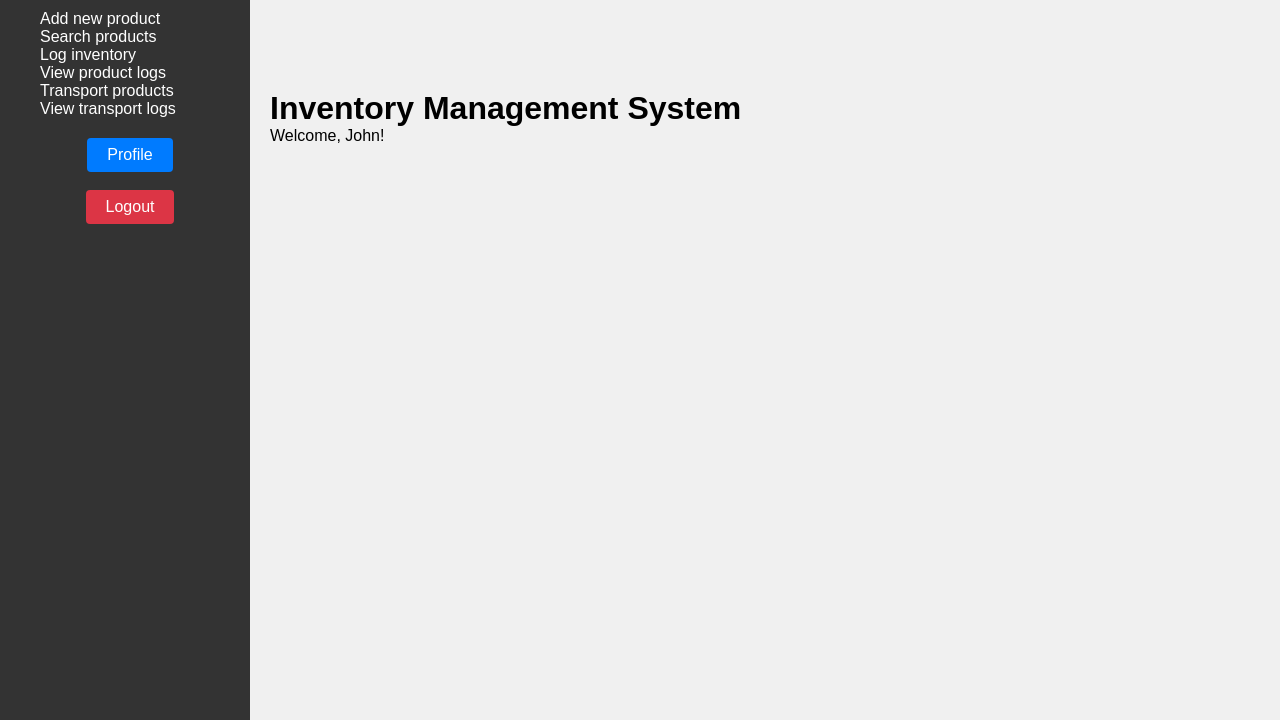
Repository: Warspinix/Flask-Web-Applications
Page: http://localhost/dashboard
These files come from the project's save history. The page is drawn as it stood at one moment and after the next save; the edit follows.
The browser window is 1280 px wide. The pictures show the whole page.
The page is served by the project's application, run on Flask 3 (app.py). The session is filled in as if someone had signed in: {"user_id": 1, "first_name": "John"}.

Above is the page before, as saved 2024-06-13 21:02:17.

### templates/dashboard.html
<!-- dashboard.html -->

<!DOCTYPE html>
<html>

<head>
    <title>Inventory Management System</title>
    <link rel="stylesheet" type="text/css" href="{{ url_for('static', filename='style.css') }}">
</head>

<body>
    <div class="container">
        <!-- Navigation Bar -->
        <nav class="navbar" id="navbar">
            <div class="navbar-container">
                <!-- Functionality list -->
                <ul class="navbar-menu" id="menu">
                    <li><a href="{{ url_for('add_product') }}">Add new product</a></li>
                    <li><a href="{{ url_for('search_products') }}">Search products</a></li>
                    <li><a href="{{ url_for('log_inventory') }}">Log inventory</a></li>
                    <li><a href="{{ url_for('view_product_logs') }}">View product logs</a></li>
                    <li><a href="{{ url_for('transport_products') }}">Transport products</a></li>
                    <li><a href="{{ url_for('view_transport_logs') }}">View transport logs</a></li>
                </ul>

                <div class="profile-logout">
                    <a href="{{ url_for('profile') }}" class="btn btn-primary">Profile</a><br>
                    <a href="{{ url_for('logout') }}" class="btn btn-danger">Logout</a>
                </div>
            </div>
        </nav>
        <div class="content">
            <h1>Inventory Management System</h1>

            <!-- Welcome message -->
            <p>Welcome, {{ first_name }}!</p>
        </div>
    </div>
</body>

</html>

### app.py
from flask import Flask, render_template, redirect, url_for, flash, session
import flask_mysqldb
from flask_wtf import FlaskForm
from wtforms import StringField, PasswordField, SubmitField, IntegerField, SelectField
from wtforms.validators import DataRequired, NumberRange, Optional
import os
import datetime
from flask_bcrypt import Bcrypt

secret_key = os.urandom(24).hex()

app = Flask(__name__)
app.config["SECRET_KEY"] = secret_key
app.config["MYSQL_HOST"] = "localhost"
app.config["MYSQL_USER"] = "root"
app.config["MYSQL_PASSWORD"] = ""
app.config["MYSQL_DB"] = "inventory"

bcrypt = Bcrypt(app)

mysql = flask_mysqldb.MySQL(app)

class RegistrationForm(FlaskForm):
    email = StringField("Email", validators=[DataRequired()])
    first_name = StringField("First Name", validators=[DataRequired()])
    last_name = StringField("Last Name", validators=[DataRequired()])
    password = PasswordField("Password", validators=[DataRequired()])
    submit = SubmitField("Register")

class LoginForm(FlaskForm):
    user_id = StringField("User ID", validators=[DataRequired()])
    password = PasswordField("Password", validators=[DataRequired()])
    submit = SubmitField("Login")

class AddProductForm(FlaskForm):
    product_name = StringField("Product Name", validators=[DataRequired()])
    submit = SubmitField("Add Product")

class SearchForm(FlaskForm):
    search_by = StringField("Search by", validators=[DataRequired()])
    search_term = StringField("Search term", validators=[DataRequired()])
    submit = SubmitField("Search")

class AddToInventoryForm(FlaskForm):
    product_id = StringField("Product ID", validators=[DataRequired()])
    quantity_added = StringField("Quantity to add", validators=[DataRequired()])
    submit = SubmitField("Add to Inventory")

from flask_wtf import FlaskForm
from wtforms import SelectField, StringField, SubmitField
from wtforms.validators import DataRequired, Optional

class ViewProductLogsForm(FlaskForm):
    search_by = SelectField("Search by", choices=[
        ('', 'Select option'),
        ('id', 'Product ID'),
        ('month', 'Month'),
        ('both', 'Both')
    ], validators=[DataRequired()])
    product_id = StringField("Product ID", validators=[Optional()])
    month = SelectField("Select month", choices=[
        ('', 'Select month'),
        ('1', 'January'), ('2', 'February'), ('3', 'March'), ('4', 'April'),
        ('5', 'May'), ('6', 'June'), ('7', 'July'), ('8', 'August'),
        ('9', 'September'), ('10', 'October'), ('11', 'November'), ('12', 'December')
    ], validators=[Optional()])
    submit = SubmitField("View Logs")


class TransportForm(FlaskForm):
    product_id = IntegerField('Product ID', validators=[DataRequired(), NumberRange(min=1)])
    quantity_transported = IntegerField('Quantity to transport', validators=[DataRequired(), NumberRange(min=1)])
    submit = SubmitField('Transport')

class ViewTransportLogsForm(FlaskForm):
    search_by = SelectField("Search by", choices=[('', 'Select option'), ('id', 'Product ID'), ('month', 'Month'), ('both', 'Both')], validators=[DataRequired()])
    product_id = StringField("Product ID", validators=[Optional()])
    month = StringField("Select month", validators=[Optional()])
    submit = SubmitField("View Logs")


@app.route("/")
def index():
    return render_template("index.html")

@app.route("/register", methods=["GET", "POST"])
def register():
    form = RegistrationForm()
    if form.validate_on_submit():
        cur = mysql.connection.cursor()
        cur.execute("SELECT COUNT(*) FROM users")
        count = cur.fetchone()[0] + 1
        user_id = str(datetime.date.today().year) + str(count).zfill(3)
        registration_date = datetime.date.today()
        registration_time = datetime.datetime.now().time()
        hashed_password = bcrypt.generate_password_hash(form.password.data).decode('utf-8')
        cur.execute("INSERT INTO users (id, email, first_name, last_name, password, registration_date, registration_time) VALUES (%s, %s, %s, %s, %s, %s, %s)",
                    (user_id, form.email.data, form.first_name.data, form.last_name.data, hashed_password, registration_date, registration_time))
        mysql.connection.commit()
        # flash("Registration successful! You will be redirected to the home page in 3 seconds.")
        # return render_template("register_success.html")
        return redirect(url_for("index"))
    return render_template("register.html", form=form)

@app.route("/login", methods=["GET", "POST"])
def login():
    form = LoginForm()
    if form.validate_on_submit():
        cur = mysql.connection.cursor()
        print(form.user_id.data)
        print(form.password.data)
        cur.execute("SELECT password, first_name FROM users WHERE email = %s", (form.user_id.data,))
        result = cur.fetchone()
        print(result)
        if result:
            hashed_password = result[0]
            if bcrypt.check_password_hash(hashed_password, form.password.data):
                session['user_id'] = form.user_id.data
                session['first_name'] = result[1]  # Store first name in session
                return redirect(url_for("dashboard"))
            else:
                flash("Invalid user ID or password")
        else:
            flash("Invalid user ID or password")
    return render_template("login.html", form=form)

@app.route("/logout")
def logout():
    session.pop('user_id', None)
    session.pop('first_name', None)
    return redirect(url_for("index"))

@app.route("/dashboard")
def dashboard():
    if 'user_id' not in session:
        return redirect(url_for("login"))
    return render_template("dashboard.html", user_id=session['user_id'], first_name=session['first_name'])

@app.route("/profile")
def profile():
    if 'user_id' not in session:
        return redirect(url_for("login"))
    cur = mysql.connection.cursor()
    cur.execute("SELECT email, first_name, last_name, registration_date FROM users WHERE id = %s", (session['user_id'],))
    result = cur.fetchone()
    if result:
        return render_template("profile.html", email=result[0], first_name=result[1], last_name=result[2], registration_date=result[3])
    else:
        flash("User not found")
        return redirect(url_for("dashboard"))

@app.route("/add_product", methods=["GET", "POST"])
def add_product():
    if 'user_id' not in session:
        return redirect(url_for("login"))
    form = AddProductForm()
    if form.validate_on_submit():
        cur = mysql.connection.cursor()
        cur.execute("INSERT INTO products (name, quantity) VALUES (%s, %s)",
                    (form.product_name.data, 0))
        mysql.connection.commit()
        cur.execute("SELECT id FROM products ORDER BY id DESC LIMIT 1")
        product_id = cur.fetchone()[0]
        flash("Product added successfully! Product ID is " + str(product_id))
    return render_template("add_product.html", form=form, user_id=session['user_id'], first_name=session['first_name'])

@app.route("/search_products", methods=["GET", "POST"])
def search_products():
    if 'user_id' not in session:
        return redirect(url_for("login"))
    form = SearchForm()
    if form.validate_on_submit():
        cur = mysql.connection.cursor()
        if form.search_by.data == "id":
            cur.execute("SELECT * FROM products WHERE id = %s", (form.search_term.data,))
        else:
            cur.execute("SELECT * FROM products WHERE name LIKE %s", ("%" + form.search_term.data + "%",))
        products = cur.fetchall()
        return render_template("search_products.html", form=form, products=products, user_id=session['user_id'], first_name=session['first_name'])
    return render_template("search_products.html", form=form, user_id=session['user_id'], first_name=session['first_name'])

@app.route("/log_inventory", methods=["GET", "POST"])
def log_inventory():
    if 'user_id' not in session:
        return redirect(url_for("login"))
    form = AddToInventoryForm()
    if form.validate_on_submit():
        cur = mysql.connection.cursor()
        cur.execute("SELECT quantity FROM products WHERE id = %s", (form.product_id.data,))
        result = cur.fetchone()
        if result:
            new_quantity = result[0] + int(form.quantity_added.data)
            cur.execute("UPDATE products SET quantity = %s WHERE id = %s", (new_quantity, form.product_id.data))
            mysql.connection.commit()
            cur.execute("INSERT INTO products_log (product_id, quantity_added, log_date, log_time, user_id) VALUES (%s, %s, %s, %s, %s)",
                        (form.product_id.data, form.quantity_added.data, datetime.date.today(), datetime.datetime.now().time(), session['user_id']))
            mysql.connection.commit()
            flash("Inventory updated successfully!")
        else:
            flash("Product not found")
    return render_template("log_inventory.html", form=form, user_id=session['user_id'], first_name=session['first_name'])

@app.route("/view_product_logs", methods=["GET", "POST"])
def view_product_logs():
    if 'user_id' not in session:
        return redirect(url_for("login"))

    form = ViewProductLogsForm()
    product_logs = None

    if form.validate_on_submit():
        search_by = form.search_by.data
        product_id = form.product_id.data
        month = form.month.data

        query = """SELECT pl.product_id, p.name, pl.quantity_added, pl.log_date, pl.log_time,
                          CONCAT(u.first_name, ' ', u.last_name) AS full_name
                   FROM products_log pl
                   JOIN products p ON pl.product_id = p.id
                   JOIN users u ON pl.user_id = u.id"""
        conditions = []
        params = []

        if search_by == 'id':
            conditions.append("pl.product_id = %s")
            params.append(product_id)
        elif search_by == 'month':
            conditions.append("MONTH(pl.log_date) = %s")
            params.append(month)
        elif search_by == 'both':
            conditions.append("pl.product_id = %s AND MONTH(pl.log_date) = %s")
            params.append(product_id)
            params.append(month)

        if conditions:
            query += " WHERE " + " AND ".join(conditions)

        cur = mysql.connection.cursor()
        cur.execute(query, tuple(params))
        product_logs = cur.fetchall()

    return render_template("view_product_logs.html", form=form, product_logs=product_logs, user_id=session['user_id'], first_name=session['first_name'])

@app.route("/transport_products", methods=["GET", "POST"])
def transport_products():
    if 'user_id' not in session:
        return redirect(url_for("login"))
    form = TransportForm()
    if form.validate_on_submit():
        cur = mysql.connection.cursor()
        cur.execute("SELECT quantity FROM products WHERE id = %s", (form.product_id.data,))
        result = cur.fetchone()
        if result:
            current_quantity = result[0]
            if current_quantity >= form.quantity_transported.data:
                new_quantity = current_quantity - form.quantity_transported.data
                cur.execute("UPDATE products SET quantity = %s WHERE id = %s", (new_quantity, form.product_id.data))
                mysql.connection.commit()
                cur.execute("INSERT INTO transports_log (product_id, user_id, quantity_transported, log_date, log_time) VALUES (%s, %s, %s, %s, %s)",
                            (form.product_id.data, session['user_id'], form.quantity_transported.data, datetime.date.today(), datetime.datetime.now().time()))
                mysql.connection.commit()
                flash("Product transported successfully!")
            else:
                flash("Not enough quantity in stock")
        else:
            flash("Product not found")
    return render_template("transport_products.html", form=form, user_id=session['user_id'], first_name=session['first_name'])

@app.route("/view_transport_logs", methods=["GET", "POST"])
def view_transport_logs():
    if 'user_id' not in session:
        return redirect(url_for("login"))
    form = ViewTransportLogsForm()
    transport_logs = None
    if form.validate_on_submit():
        search_by = form.search_by.data
        product_id = form.product_id.data
        month = form.month.data

        query = """SELECT tl.id, tl.product_id, p.name, tl.quantity_transported, tl.log_date, tl.log_time,
                          CONCAT(u.first_name, ' ', u.last_name) AS full_name
                   FROM transports_log tl
                   JOIN products p ON tl.product_id = p.id
                   JOIN users u ON tl.user_id = u.id"""
        params = []

        if search_by == 'id':
            query += " WHERE tl.product_id = %s"
            params.append(product_id)
        elif search_by == 'month':
            query += " WHERE MONTH(tl.log_date) = %s"
            params.append(month)
        elif search_by == 'both':
            query += " WHERE tl.product_id = %s AND MONTH(tl.log_date) = %s"
            params.append(product_id)
            params.append(month)

        cur = mysql.connection.cursor()
        cur.execute(query, tuple(params))
        transport_logs = cur.fetchall()

    return render_template("view_transport_logs.html", form=form, transport_logs=transport_logs, user_id=session['user_id'], first_name=session['first_name'])

if __name__ == "__main__":
    app.run(debug=True)

### static/style.css
/* Reset default styles */
* {
    margin: 0;
    padding: 0;
    box-sizing: border-box;
}

body {
    font-family: Arial, sans-serif;
    background-color: #f0f0f0;
    display: flex;
    flex-direction: column;
    min-height: 100vh;
}

/* Navigation Bar styles */
.navbar {
    background-color: #333;
    color: #fff;
    padding: 10px 20px;
    position: fixed;
    width: 250px; /* Set the width */
    height: 100%;
    top: 0;
    left: 0;
    z-index: 1000;
    transition: all 0.3s ease;
}

.navbar-container {
    display: flex;
    flex-direction: column;
    height: 100%;
}

.navbar-header {
    display: flex;
    align-items: center;
    justify-content: space-between; /* Adjust spacing */
    margin-bottom: 20px; /* Adjust spacing */
}

.navbar-brand {
    color: #fff;
    text-decoration: none;
    font-size: 1.5rem;
    margin-left: 10px;
}

.navbar-menu {
    list-style-type: none;
    display: flex;
    flex-direction: column;
    margin-top: 0; /* Push menu items to the bottom */
}

.navbar-menu li {
    margin-right: 0; /* Remove margin */
}

.navbar-menu li a {
    color: #fff;
    text-decoration: none;
    padding: 10px 20px;
    transition: color 0.3s ease;
}

.navbar-menu li a:hover {
    background-color: #007bff;
}

/* Profile and logout buttons */
.profile-logout {
    display: flex;
    flex-direction: column;
    align-items: center;
    margin-top: auto; /* Push to the bottom */
    margin-bottom: 20px; /* Adjust spacing */
}

.profile-logout a {
    color: #fff;
    text-decoration: none;
    padding: 8px 20px;
    border-radius: 4px;
    transition: background-color 0.3s ease;
}

.profile-logout a.btn-primary {
    background-color: #007bff;
}

.profile-logout a.btn-danger {
    background-color: #dc3545;
}

.profile-logout a.btn:hover {
    background-color: #0056b3;
}

/* Menu toggle button */
.menu-toggle {
    background: none;
    border: none;
    cursor: pointer;
    display: none;
    padding: 5px;
    position: absolute;
    top: 10px;
    right: 10px;
    z-index: 1500;
}

.menu-toggle span {
    background-color: #fff;
    display: block;
    height: 2px;
    margin-bottom: 4px;
    transition: transform 0.2s ease, background-color 0.2s ease;
    width: 20px;
}

.menu-toggle span:nth-child(1) {
    transform: translateY(6px) rotate(45deg);
}

.menu-toggle span:nth-child(2) {
    opacity: 0;
}

.menu-toggle span:nth-child(3) {
    transform: translateY(-6px) rotate(-45deg);
}

@media screen and (max-width: 768px) {
    .navbar {
        width: 250px;
        transform: translateX(-100%);
        transition: transform 0.3s ease;
    }

    .navbar.active {
        transform: translateX(0);
    }

    .navbar-container {
        flex-direction: row;
    }

    .navbar-header {
        margin-bottom: 20px; /* Adjust spacing */
        width: 100%;
        display: flex;
        justify-content: space-between;
    }

    .navbar-brand {
        margin-bottom: 0; /* Adjust spacing */
    }

    .navbar-menu {
        flex-direction: column;
        margin-top: 0;
        width: 100%;
    }

    .navbar-menu.active {
        flex-direction: column;
    }

    .menu-toggle {
        display: block;
    }

    .profile-logout {
        flex-direction: row;
        justify-content: space-between;
    }

    .profile-logout a {
        margin-left: 10px;
        margin-bottom: 0;
    }
}

/* Side Navigation for small screens */
.side-nav {
    position: fixed;
    top: 0;
    left: -250px;
    width: 250px;
    height: 100%;
    background-color: #333;
    transition: all 0.3s ease;
    z-index: 1200;
}

.side-nav.active {
    left: 0;
}

.side-nav ul {
    list-style-type: none;
    padding: 0;
    margin: 20px 0;
}

.side-nav ul li {
    padding: 10px;
    border-bottom: 1px solid #666;
}

.side-nav ul li a {
    color: #fff;
    text-decoration: none;
    display: block;
    transition: all 0.3s ease;
}

.side-nav ul li a:hover {
    background-color: #007bff;
}

/* Content area */
.content {
    margin-left: 250px; /* Width of the side nav */
    margin-top: 70px;
    padding: 20px;
    flex: 1;
}

/* Form styles */
form {
    background-color: #fff;
    padding: 20px;
    border-radius: 8px;
    box-shadow: 0 4px 6px rgba(0, 0, 0, 0.1);
}

form label {
    font-weight: bold;
}

form input[type="number"],
form select {
    padding: 8px;
    margin-top: 5px;
    width: 100%;
    border: 1px solid #ccc;
    border-radius: 4px;
}

form input[type="submit"] {
    background-color: #007bff;
    color: #fff;
    border: none;
    padding: 10px 20px;
    cursor: pointer;
    margin-top: 10px;
    border-radius: 4px;
    transition: background-color 0.3s ease;
}

form input[type="submit"]:hover {
    background-color: #0056b3;
}

/* Table styles */
table {
    width: 100%;
    margin-top: 20px;
    border-collapse: collapse;
    border-radius: 8px;
    overflow: hidden;
    box-shadow: 0 4px 6px rgba(0, 0, 0, 0.1);
}

table th, table td {
    padding: 12px 15px;
    text-align: left;
    border-bottom: 1px solid #ddd;
}

table th {
    background-color: #007bff;
    color: #fff;
}

/* Profile and logout buttons */
.profile-logout {
    text-align: right;
    margin-top: 20px;
}

.profile-logout a {
    margin-left: 10px;
}

.profile-logout a.btn {
    color: #fff;
    text-decoration: none;
    padding: 8px 20px;
    border-radius: 4px;
    transition: background-color 0.3s ease;
}

.profile-logout a.btn.btn-primary {
    background-color: #007bff;
}

.profile-logout a.btn.btn-danger {
    background-color: #dc3545;
}

.profile-logout a.btn:hover {
    background-color: #0056b3;
}

After the next save:
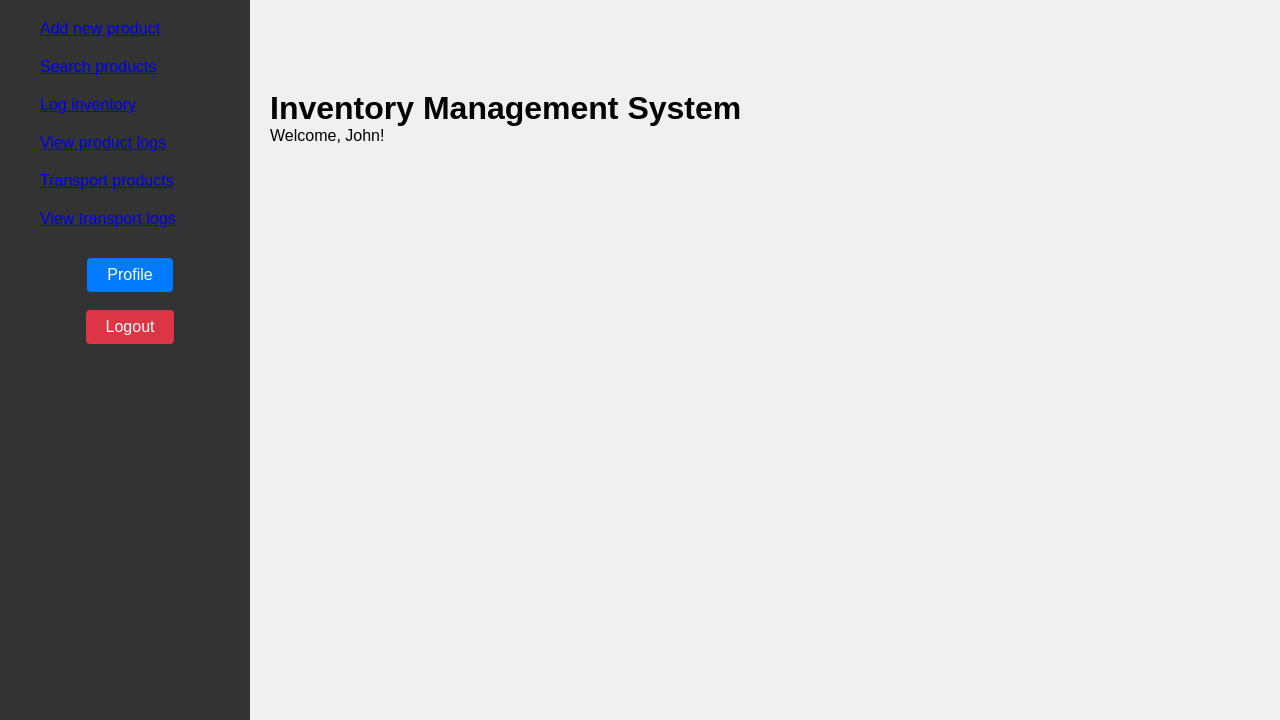
Saved 118 s later.
--- a/static/style.css
+++ b/static/style.css
@@ -58,14 +58,15 @@ body {
     margin-right: 0; /* Remove margin */
 }
 
-.navbar-menu li a {
+.navbar-menu li {
     color: #fff;
     text-decoration: none;
     padding: 10px 20px;
+
     transition: color 0.3s ease;
 }
 
-.navbar-menu li a:hover {
+.navbar-menu li:hover {
     background-color: #007bff;
 }
 
